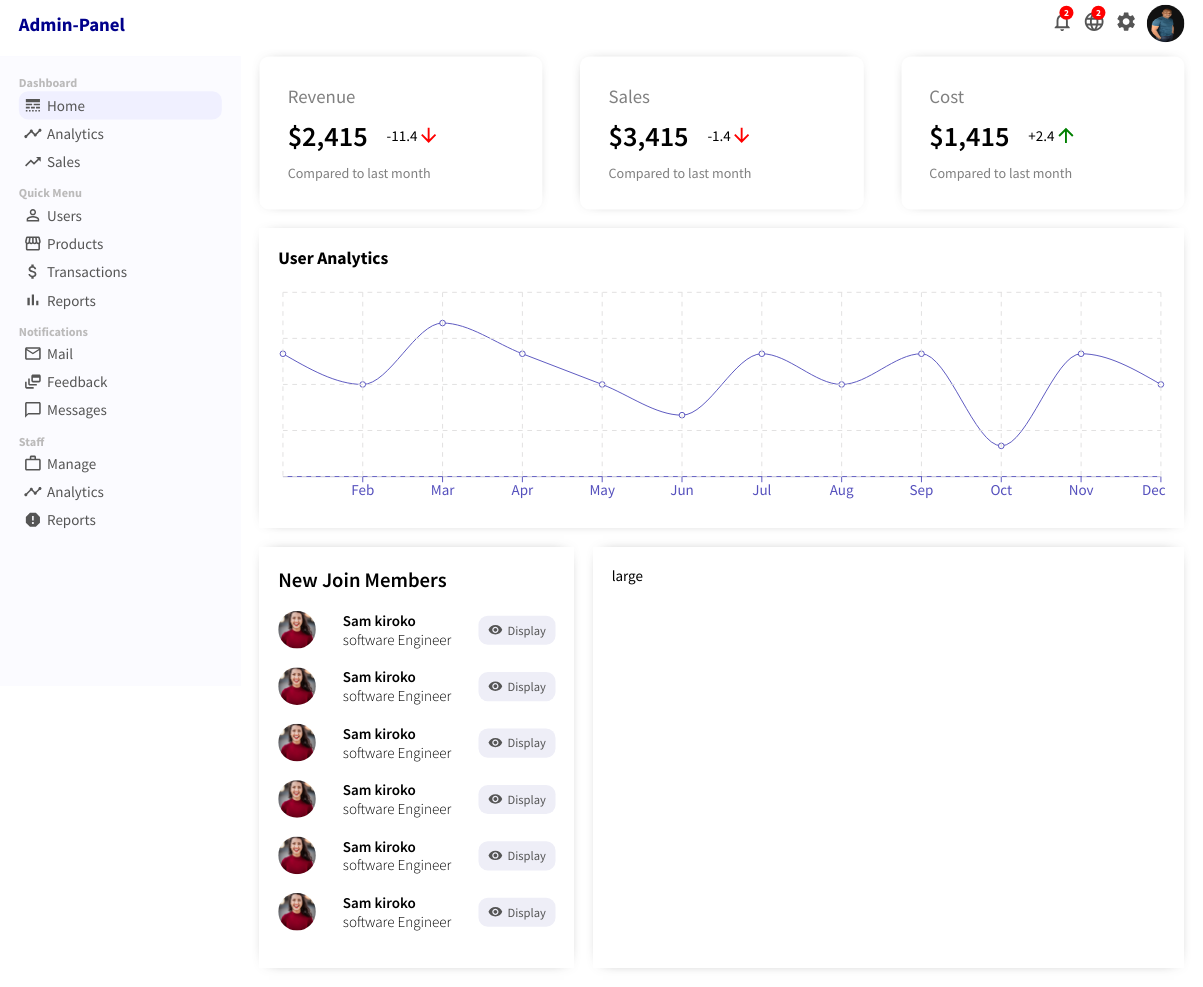
Repository: Samkiroko/admin-panel-ui
Page: /products
The author's editor kept a copy of each file at every save. The page is drawn from the files as they stood at one save, then again after the next save.
The browser window is 1280 px wide. The pictures show the whole page, at 94% of full size.
The project was rebuilt for these pictures with package versions that can differ from the ones it lists, and the page was loaded fresh each time.

Above is the page before, as saved 2021-09-22 22:04:35.

After the next save:
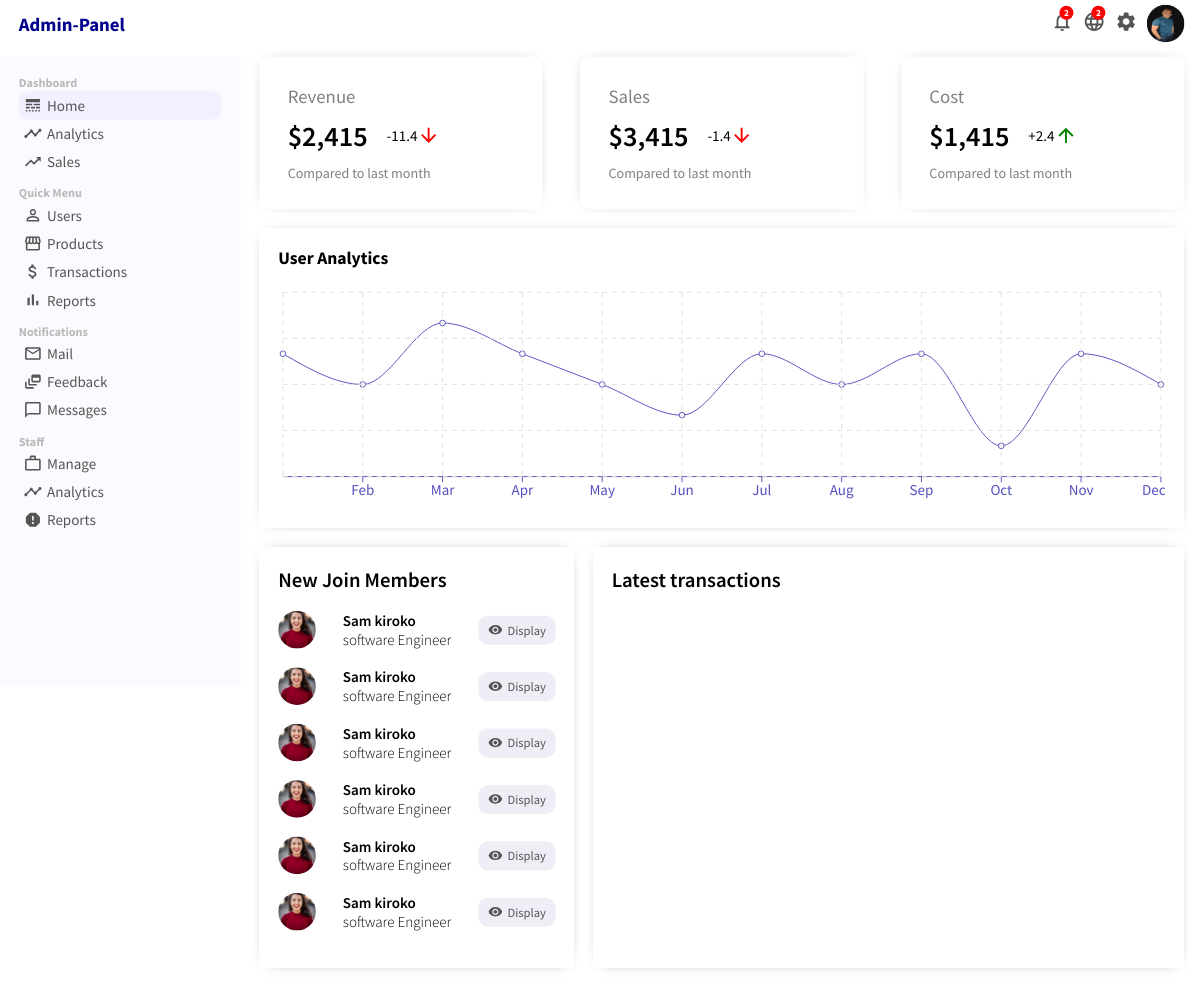
Saved 81 s later.
--- a/src/components/widgetLg/WidgetLg.js
+++ b/src/components/widgetLg/WidgetLg.js
@@ -2,7 +2,11 @@ import React from 'react'
 import './widgetLg.css'
 
 const WidgetLg = () => {
-  return <div className='widgetLg'>large</div>
+  return (
+    <div className='widgetLg'>
+      <h3 className='widgetLgTitle'>Latest transactions</h3>
+    </div>
+  )
 }
 
 export default WidgetLg
